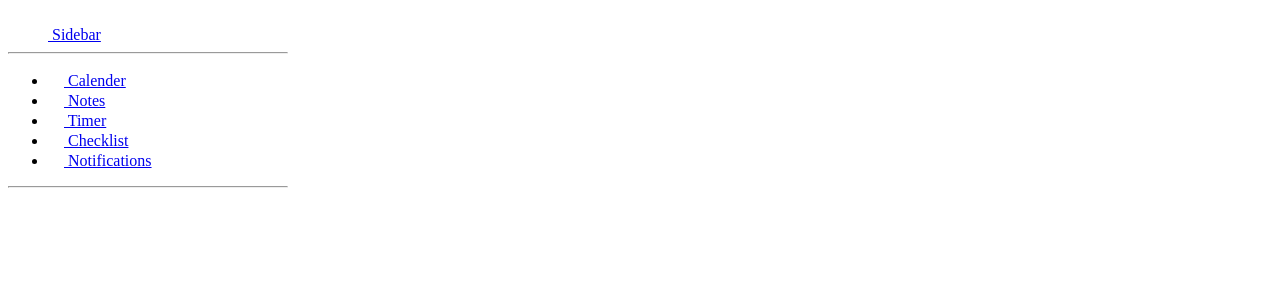
Repository: marios-petrov/NuPath
Page: softwareengineering1/softwareengineering1/templates/navbar.html
These files come from the project's save history. The page is drawn as it stood at one moment and after the next save; the edit follows.
The browser window is 1280 px wide. The pictures show the whole page.

Above is the page before, as saved 2024-02-17 14:58:13.

After the next save:
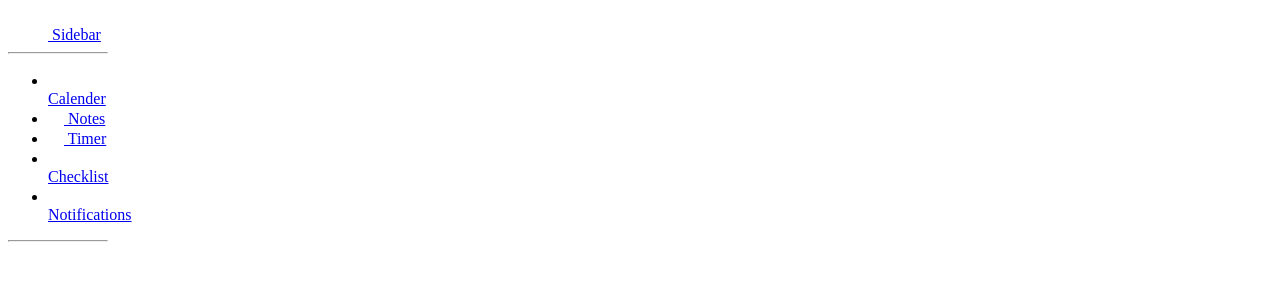
Saved 5 min 26 s later.
--- a/softwareengineering1/softwareengineering1/templates/navbar.html
+++ b/softwareengineering1/softwareengineering1/templates/navbar.html
@@ -1,4 +1,4 @@
-<div class="d-flex flex-column flex-shrink-0 p-3 text-white bg-dark min-vh-100 col-2" style="width: 280px;">
+<div class="d-flex flex-column flex-shrink-0 p-3 text-white bg-dark min-vh-100 col-2" style="width: 100px;">
   <a href="/" class="d-flex align-items-center mb-3 mb-md-0 me-md-auto text-white text-decoration-none">
     <svg class="bi me-2" width="40" height="32"><use xlink:href="#bootstrap"></use></svg>
     <span class="fs-4">Sidebar</span>
